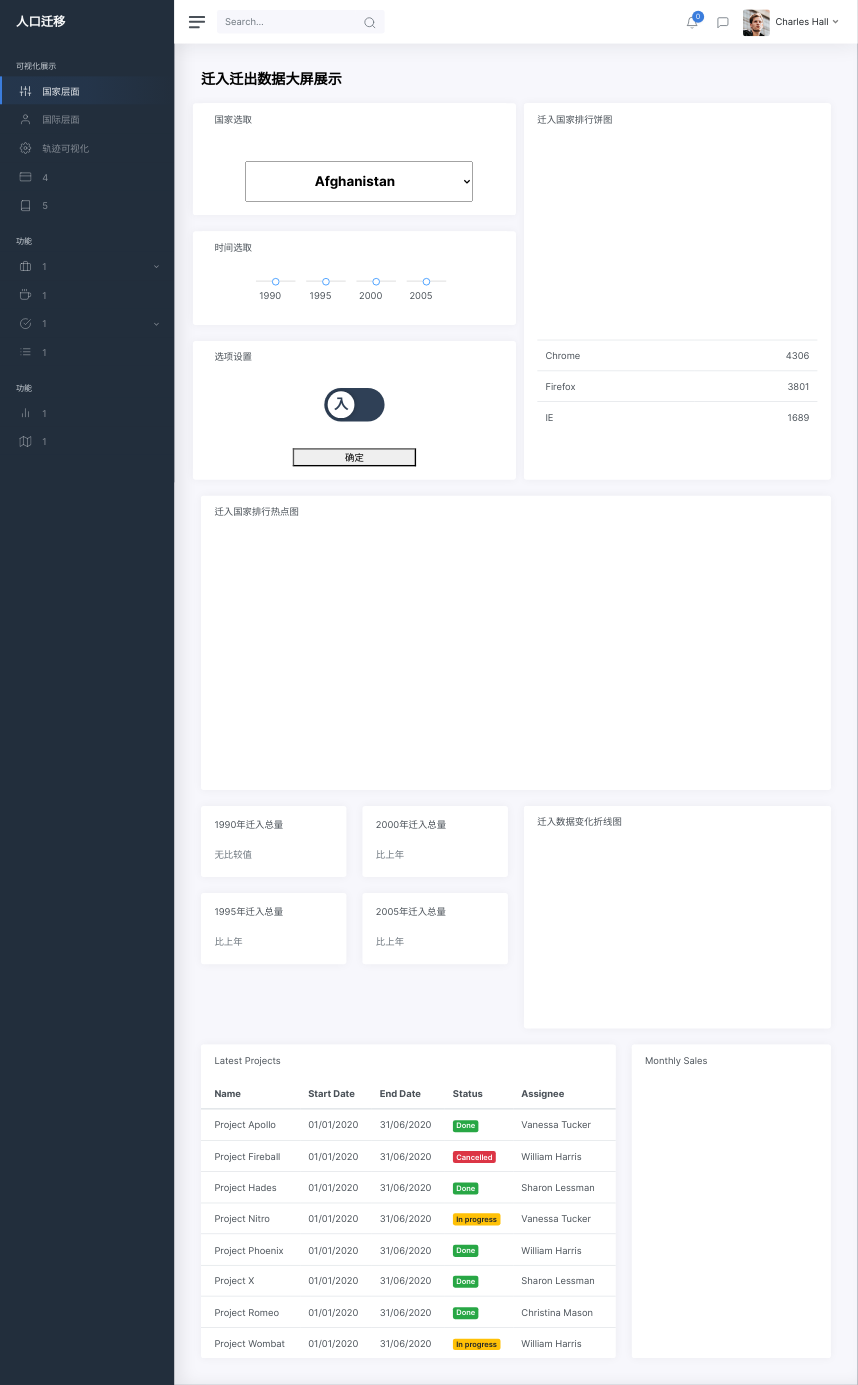
Repository: yuwei0922/WHURS-WGIS
Page: final_project/index.html
These files come from the project's save history. The page is drawn as it stood at one moment and after the next save; the edit follows.
The browser window is 1280 px wide. The pictures show the whole page, at 67% of full size.
Some icons come from a web library that is not loaded, so they are not drawn. Some web libraries are served in a nearby version.

Above is the page before, as saved 2022-12-25 20:08:03.
Not found: final_project/js/vendor.js

After the next save:
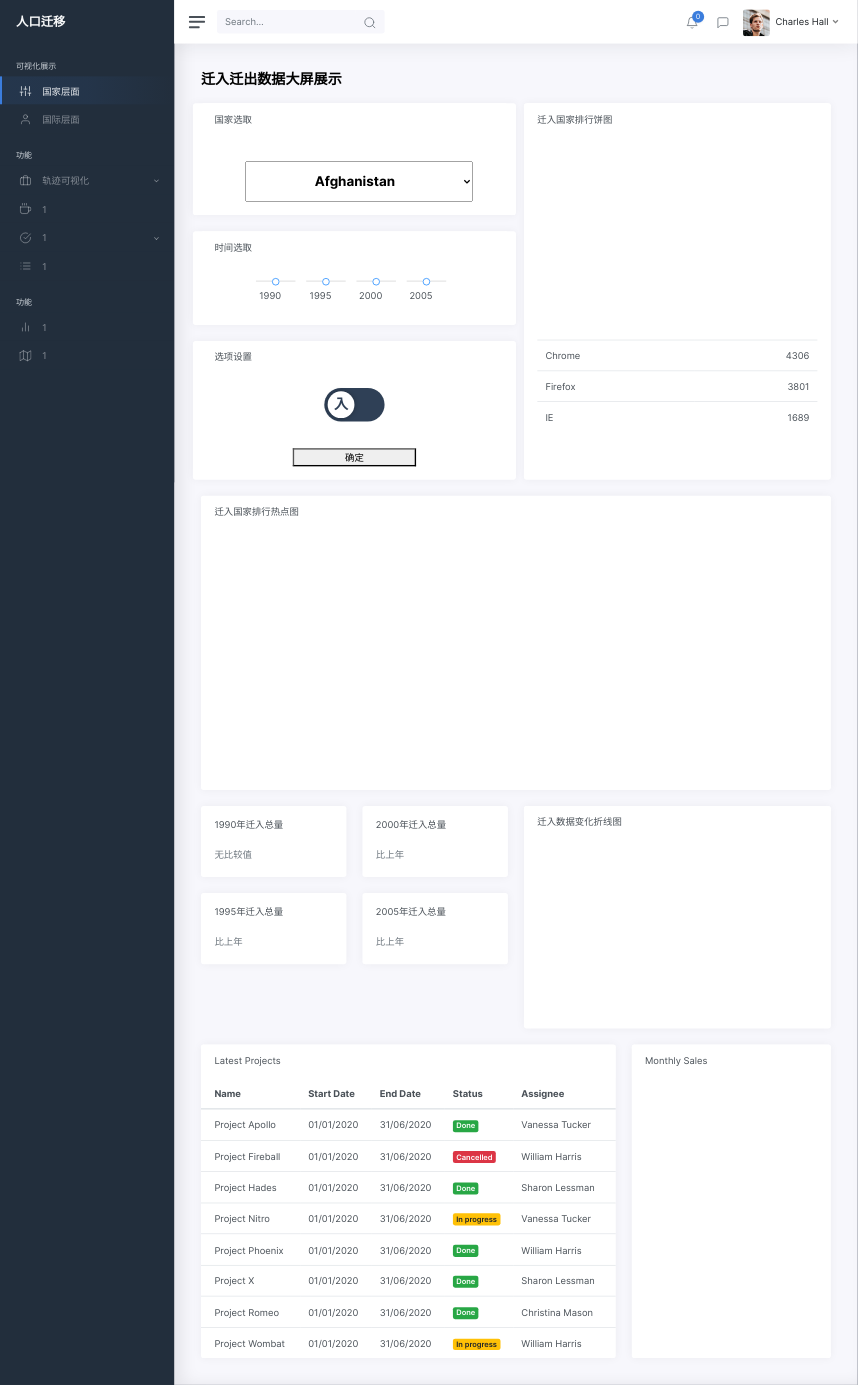
Saved 4 min 24 s later.
--- a/final_project/index.html
+++ b/final_project/index.html
@@ -37,26 +37,8 @@
 					</li>
 
 					<li class="sidebar-item">
-						<a class="sidebar-link" href="pages-profile.html">
+						<a class="sidebar-link" href="#">
 							<i class="align-middle" data-feather="user"></i> <span class="align-middle">国际层面</span>
-						</a>
-					</li>
-
-					<li class="sidebar-item">
-						<a class="sidebar-link" href="pages-settings.html">
-							<i class="align-middle" data-feather="settings"></i> <span class="align-middle">轨迹可视化</span>
-						</a>
-					</li>
-
-					<li class="sidebar-item">
-						<a class="sidebar-link" href="pages-invoice.html">
-							<i class="align-middle" data-feather="credit-card"></i> <span class="align-middle">4</span>
-						</a>
-					</li>
-
-					<li class="sidebar-item">
-						<a class="sidebar-link" href="pages-blank.html">
-							<i class="align-middle" data-feather="book"></i> <span class="align-middle">5</span>
 						</a>
 					</li>
 
@@ -67,16 +49,10 @@
 					<li class="sidebar-item">
 						<a href="#ui" data-toggle="collapse" class="sidebar-link collapsed">
 							<i class="align-middle" data-feather="briefcase"></i>
-							<span class="align-middle">1</span>
+							<span class="align-middle">轨迹可视化</span>
 						</a>
 						<ul id="ui" class="sidebar-dropdown list-unstyled collapse " data-parent="#sidebar">
-							<li class="sidebar-item"><a class="sidebar-link" href="ui-alerts.html">Alerts</a></li>
-							<li class="sidebar-item"><a class="sidebar-link" href="ui-buttons.html">Buttons</a></li>
-							<li class="sidebar-item"><a class="sidebar-link" href="ui-cards.html">Cards</a></li>
-							<li class="sidebar-item"><a class="sidebar-link" href="ui-general.html">General</a></li>
-							<li class="sidebar-item"><a class="sidebar-link" href="ui-grid.html">Grid</a></li>
-							<li class="sidebar-item"><a class="sidebar-link" href="ui-modals.html">Modals</a></li>
-							<li class="sidebar-item"><a class="sidebar-link" href="ui-typography.html">Typography</a>
+							<li class="sidebar-item"><a class="sidebar-link" href="ui-alerts.html">轨迹查询</a></li>
 							</li>
 						</ul>
 					</li>
